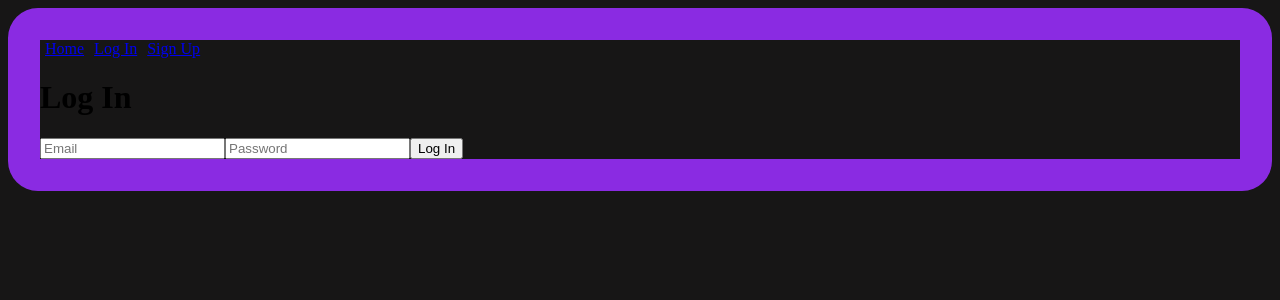
Repository: kaitlynMidori/react-jeopardy-app
Page: /login (app in client/)
An editor plug-in stored every save of this project. The page is shown before and after the next save, followed by the edit.
The browser window is 1280 px wide. The pictures show the whole page.
The project was rebuilt for these pictures with package versions that can differ from the ones it lists, and the page was loaded fresh each time. Also part of the build but not shown: client/src/views/LogOut.jsx, client/src/views/SignUp.jsx, client/src/components/PracticeCard/PracticeCard.js, client/src/utils/API.js, client/src/views/Practice.jsx, client/src/components/Container/Container.js, client/src/components/PlayerScore/PlayerScore.js, client/src/components/CategoryCard/style.css and 14 more.

Above is the page before, as saved 2021-03-23 16:44:30.

### client/src/index.js
import React from 'react'
import ReactDOM from 'react-dom'
import { BrowserRouter as Router } from 'react-router-dom'
import 'milligram'
import './styles.css'

import App from './App'

ReactDOM.render(
	<Router><App /></Router>,
	document.getElementById('root')
)

### client/src/styles.css
.NavBar a, .NavBar button {
	margin: 0 5px;
	cursor: pointer;
}

.NavBar {
	margin-bottom: 20px
}

### client/src/App.jsx
import React from 'react'
import { Switch, Route, Redirect } from 'react-router-dom'
import httpClient from './httpClient'

import NavBar from './NavBar'
import LogIn from './views/LogIn'
import LogOut from './views/LogOut'
import SignUp from './views/SignUp'
// import VIP from './views/VIP'
import Practice from './views/Practice'
import Play from './views/Play'
import Leaderboard from './views/Leaderboard'
import Home from './views/Home'

class App extends React.Component {
	state = { currentUser: httpClient.getCurrentUser() }

	onLoginSuccess(user) {
		this.setState({ currentUser: httpClient.getCurrentUser() })
	}

	logOut() {
		httpClient.logOut()
		this.setState({ currentUser: null })
	}

	render() {
		const { currentUser } = this.state
		return (
			<div className='App container'>

				<NavBar currentUser={currentUser} />

				<Switch>

					<Route path="/login" render={(props) => {
						return <LogIn {...props} onLoginSuccess={this.onLoginSuccess.bind(this)} />
					}} />

					<Route path="/logout" render={(props) => {
						return <LogOut onLogOut={this.logOut.bind(this)} />
					}} />

					{/* the sign up component takes an 'onSignUpSuccess' prop which will perform the same thing as onLoginSuccess: set the state to contain the currentUser */}
					<Route path="/signup" render={(props) => {
						return <SignUp {...props} onSignUpSuccess={this.onLoginSuccess.bind(this)} />
					}} />

					<Route path="/practice" render={() => {
						return currentUser
							? <Practice />
							: <Redirect to="/login" />
					}} />

					<Route path="/play" render={() => {
						return currentUser
							? <Play />
							: <Redirect to="/login" />
					}} />

					<Route path="/leaderboard" render={() => {
						return currentUser
							? <Leaderboard />
							: <Redirect to="/login" />
					}} />

					<Route path="/" component={Home} />

				</Switch>
			</div>
		)
	}
}

export default App

### client/src/httpClient.js
import axios from 'axios'
import jwtDecode from 'jwt-decode'

// instantiate axios
const httpClient = axios.create()

httpClient.getToken = function() {
	return localStorage.getItem('token')
}

httpClient.setToken = function(token) {
	localStorage.setItem('token', token)
	return token
}

httpClient.getCurrentUser = function() {
	const token = this.getToken()
	if(token) return jwtDecode(token)
	return null
}

httpClient.logIn = function(credentials) {
	return this({ method: 'post', url: '/api/users/authenticate', data: credentials })
		.then((serverResponse) => {
			const token = serverResponse.data.token
			if(token) {
				// sets token as an included header for all subsequent api requests
				this.defaults.headers.common.token = this.setToken(token)
				return jwtDecode(token)
			} else {
				return false
			}
		})
}

// logIn and signUp functions could be combined into one since the only difference is the url we're sending a request to..
httpClient.signUp = function(userInfo) {
	return this({ method: 'post', url: '/api/users', data: userInfo})
		.then((serverResponse) => {
			const token = serverResponse.data.token
			if(token) {
				// sets token as an included header for all subsequent api requests
				this.defaults.headers.common.token = this.setToken(token)
				return jwtDecode(token)
			} else {
				return false
			}
		})
}

httpClient.logOut = function() {
	localStorage.removeItem('token')
	delete this.defaults.headers.common.token
	return true
}

// During initial app load attempt to set a localStorage stored token
// as a default header for all api requests.
httpClient.defaults.headers.common.token = httpClient.getToken()
export default httpClient

### client/src/NavBar.jsx
import React from 'react'
import { Link } from 'react-router-dom'

const NavBar = (props) => {
	return (
		<div className='NavBar'>
			<Link to="/">Home</Link>
			{props.currentUser
				? (
					<span>
						<Link to="/practice">Practice</Link>
						<Link to="/play">Play</Link>
						<Link to="/leaderboard">Leaderboard</Link>
						<Link to="/logout">Log Out</Link>
					</span>
				)
				: (
					<span>
						<Link to="/login">Log In</Link>
						<Link to="/signup">Sign Up</Link>
					</span>
				)
			}
		</div>
	)
}

export default NavBar

### client/src/views/LogIn.jsx
import React from 'react'
import httpClient from '../httpClient'

class LogIn extends React.Component {
	state = {
		fields: { email: '', password: ''}
	}

	onInputChange(evt) {
		this.setState({
			fields: {
				...this.state.fields,
				[evt.target.name]: evt.target.value
			}
		})
	}

	onFormSubmit(evt) {
		evt.preventDefault()
		httpClient.logIn(this.state.fields).then(user => {
			this.setState({ fields: { email: '', password: '' } })
			if(user) {
				this.props.onLoginSuccess(user)
				this.props.history.push('/')
			}
		})
	}

	render() {
		const { email, password } = this.state.fields
		return (
			<div className='LogIn'>
				<div className='row'>
					<div className='column column-33 column-offset-33'>
						<h1>Log In</h1>
						<form onChange={this.onInputChange.bind(this)} onSubmit={this.onFormSubmit.bind(this)}>
							<input type="text" placeholder="Email" name="email" value={email} />
							<input type="password" placeholder="Password" name="password" value={password} />
							<button>Log In</button>
						</form>
					</div>
				</div>
			</div>
		)
	}
}

export default LogIn

### client/src/views/style.css
body {
    background-color: rgb(23, 22, 22);
    border-style: solid;
    border-radius: 30px;
    border-width: 2em;
    border-color: blueviolet;
}

h2, h3 {
    font-family: 'Alegreya Sans SC', sans-serif;
}

h2 {
    color: white;
}

.playerNumBtn {
    background: gold;
    border: none;
}

.playerNumBtn:hover {
    background: rgb(26, 23, 168);
    border: none;
}

.endGameBtn {
    background: gold;
    border: none;
    font-size: 20px;
}

.endGameBtn:hover {
    background: red;
    border: none;
}

th {
    color: white;
}

td {
    color: white;
}

.leaderboardHeading {
    color: white;
    font-family: 'Alegreya Sans SC', sans-serif;
}

Loaded but not shown: client/public/index.html (common file)

After the next save:
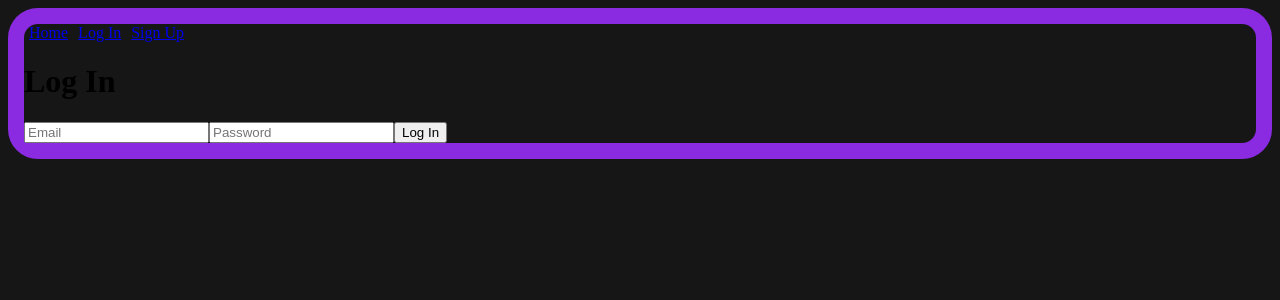
Saved 19 s later.
--- a/client/src/views/style.css
+++ b/client/src/views/style.css
@@ -2,7 +2,7 @@ body {
     background-color: rgb(23, 22, 22);
     border-style: solid;
     border-radius: 30px;
-    border-width: 2em;
+    border-width: 1em;
     border-color: blueviolet;
 }
 
